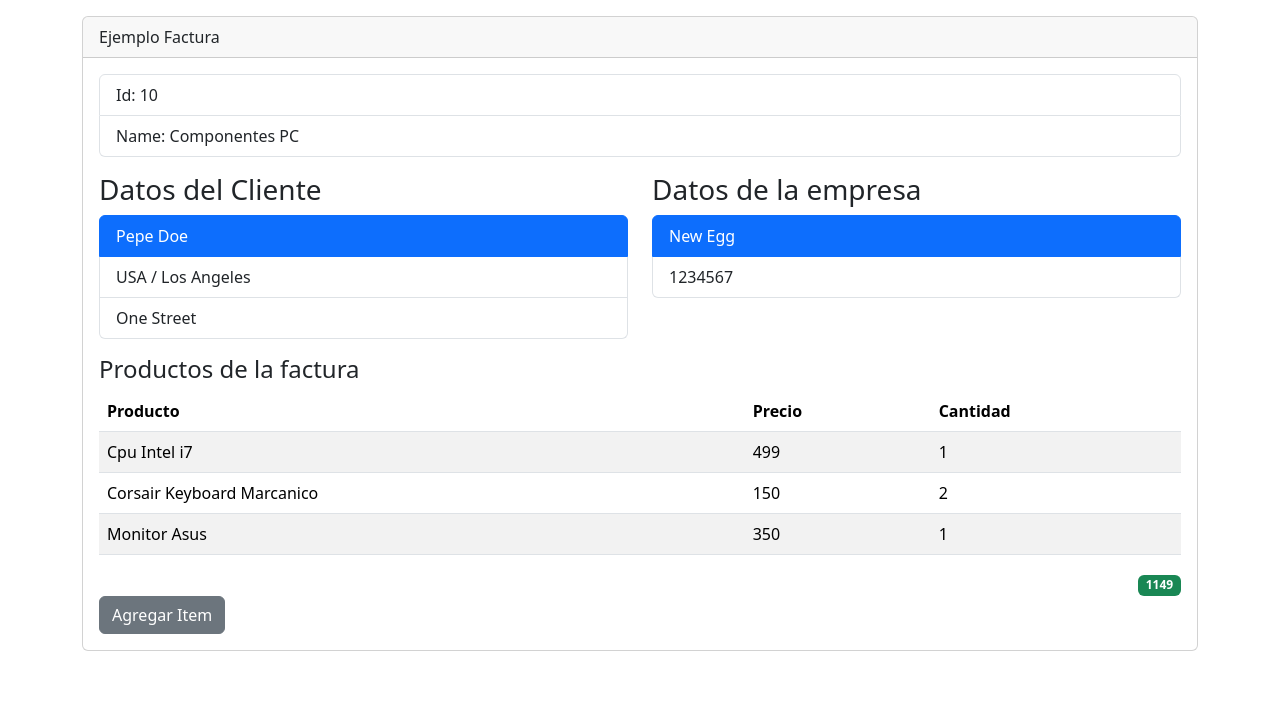
Repository: bryanesteban/4-invoice-app
Page: /
The author's editor kept a copy of each file at every save. The page is drawn from the files as they stood at one save, then again after the next save.
The browser window is 1280 px wide. The pictures show the whole page.
The project was rebuilt for these pictures with package versions that can differ from the ones it lists, and the page was loaded fresh each time. Also part of the build but not shown: vite.config.js, src/components/FormItemsView.jsx.

Above is the page before, as saved 2023-11-27 05:15:51.

After the next save:
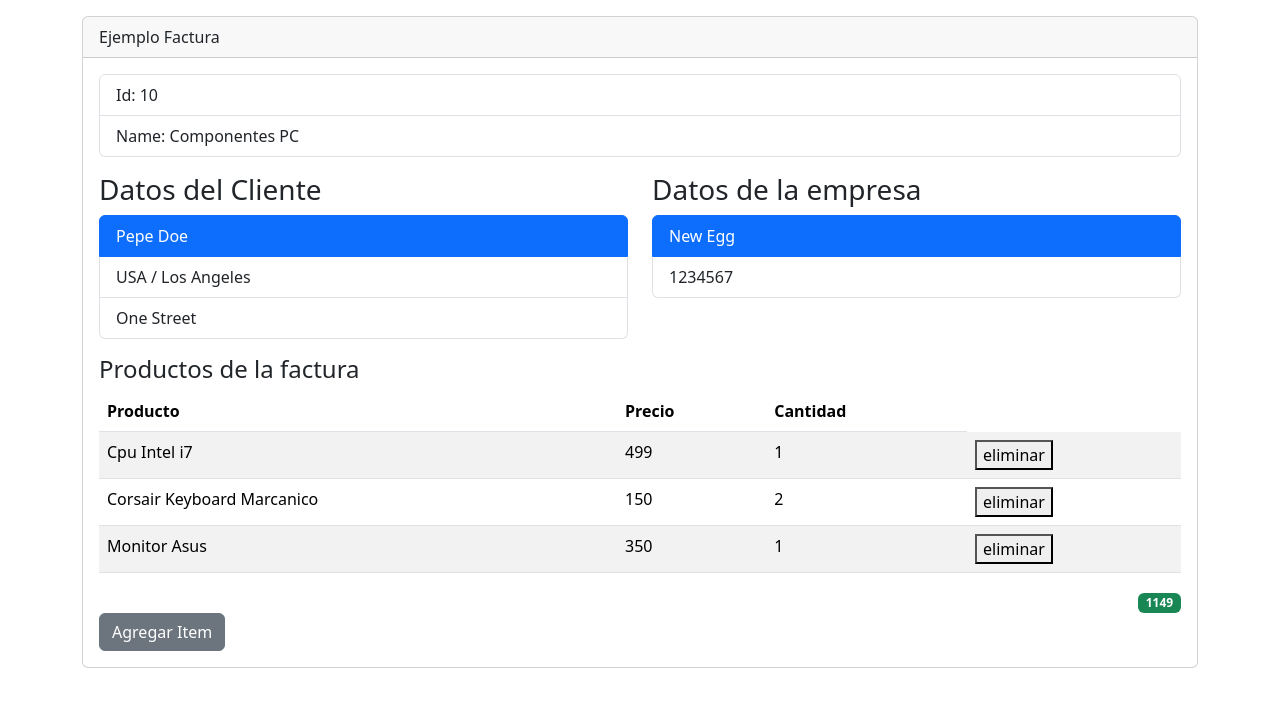
Saved 89 s later.
--- a/src/components/RowItemView.jsx
+++ b/src/components/RowItemView.jsx
@@ -7,6 +7,7 @@ export const RowItemView = ({product, price, quantity}) => {
                     <td>{product}</td>
                     <td>{price}</td>
                     <td>{quantity}</td>
+                    <td><button onClick={() => handlerDeleteItem(id)}>eliminar</button></td>
             </tr>
         </>
     )
